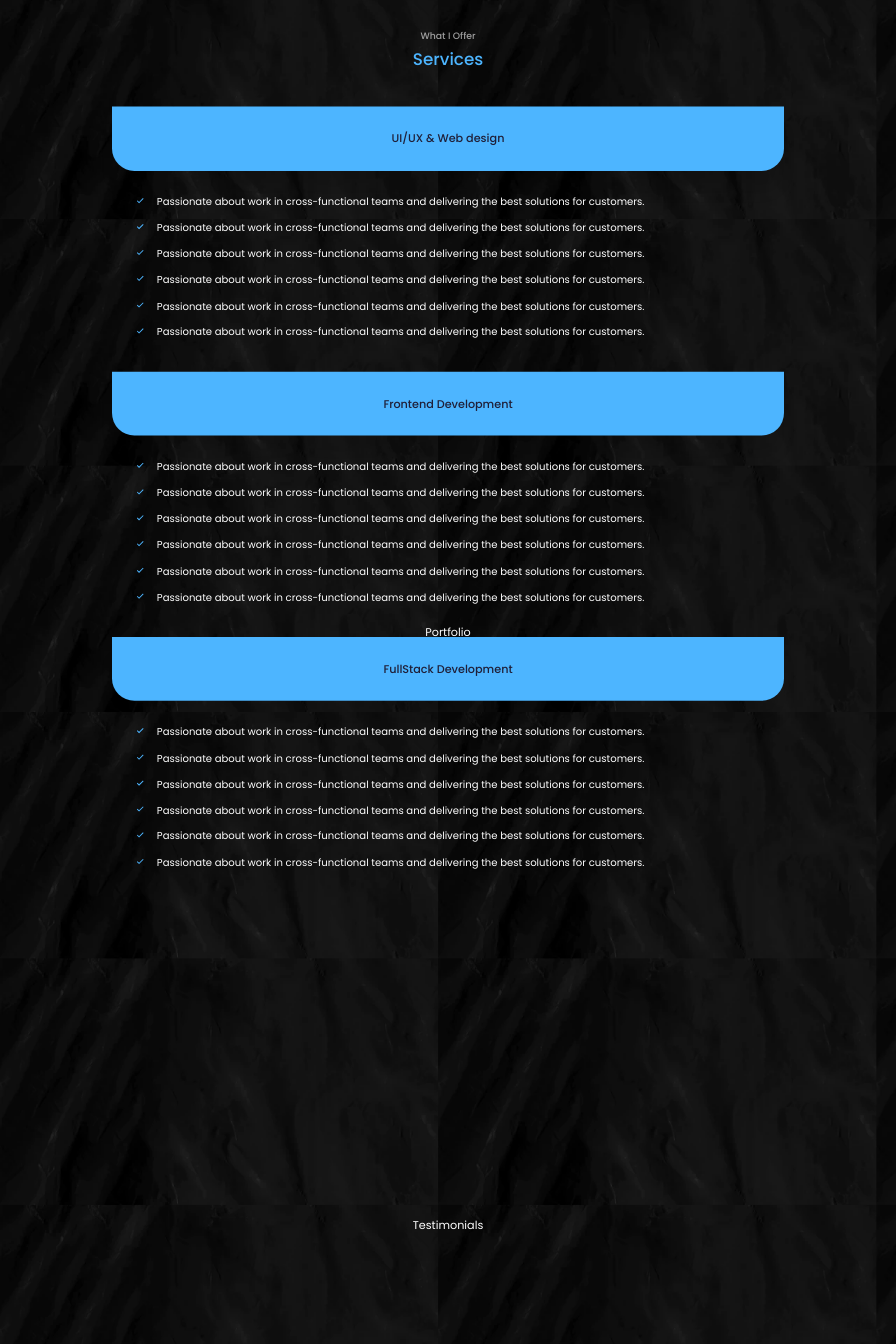
Repository: mayuri2018/Mr_react_portfolio
Page: /
The author's editor kept a copy of each file at every save. The page is drawn from the files as they stood at one save, then again after the next save.
The browser window is 1280 px wide. The pictures show the part of the page from y = 2503 to 4423 px (the page is 5835 px tall), at 70% of full size.
The project was rebuilt for these pictures with package versions that can differ from the ones it lists, and the page was loaded fresh each time. Also part of the build but not shown: src/components/portfolio/portfolio.css, src/components/testimonials/testimonials.css, src/components/contact/contact.css, src/components/footer/footer.css.

Above is the page before, as saved 2023-01-26 12:02:11.

After the next save:
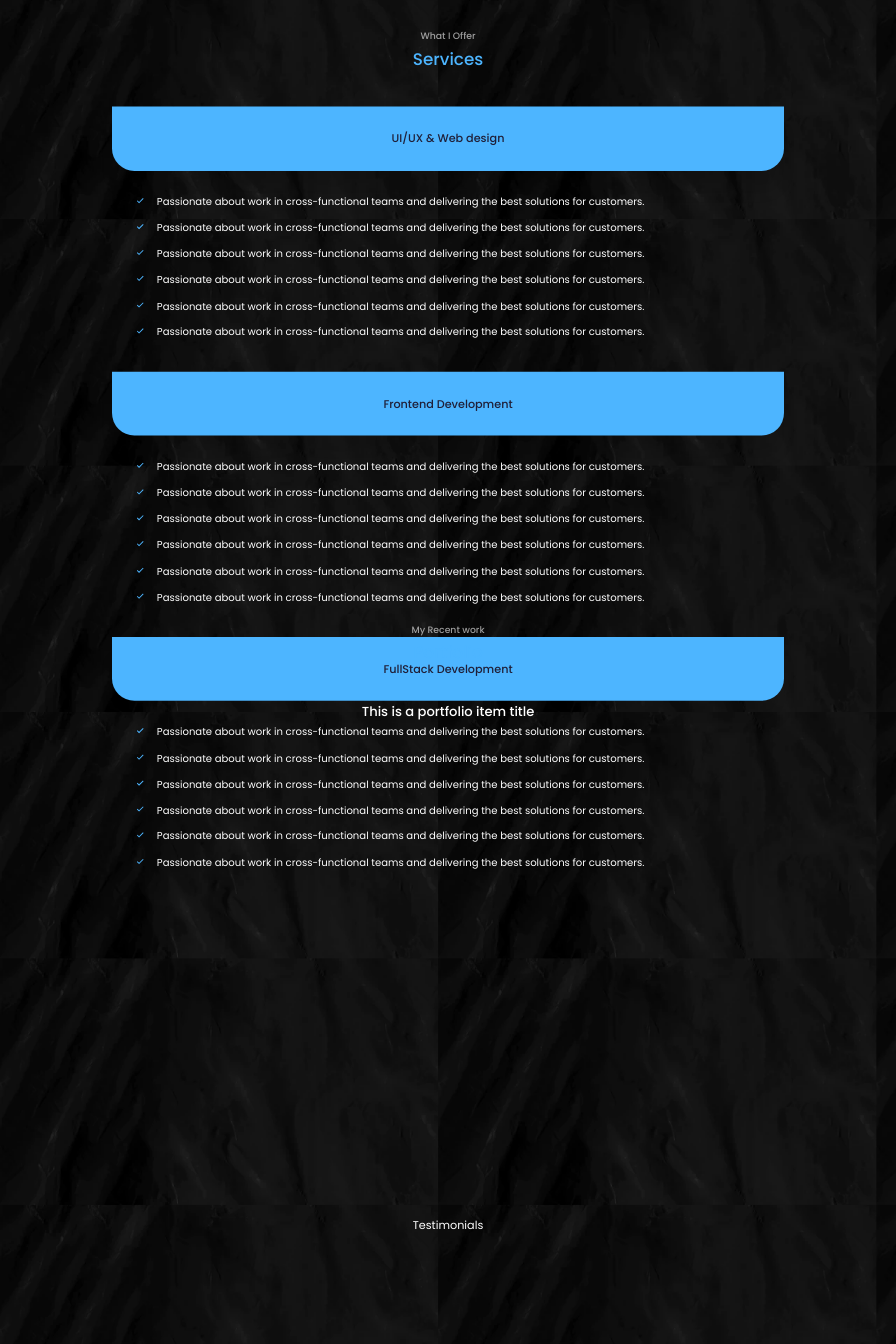
Saved 4 min 17 s later.
--- a/src/components/portfolio/Portfolio.jsx
+++ b/src/components/portfolio/Portfolio.jsx
@@ -3,6 +3,15 @@ import "./portfolio.css";
 
 export default function Portfolio(){
     return(
-        <section id="portfolio">Portfolio</section>
+        <section id="portfolio">
+            <h5>My Recent work</h5>
+            <h2>Portfolio</h2>
+            <div className="container portfolio_container">
+                <article className="portfolio_item">
+                    <div className="portfolio_item-image"></div>
+                    <h3>This is a portfolio item title</h3>
+                </article>
+            </div>
+        </section>
     )
 }
